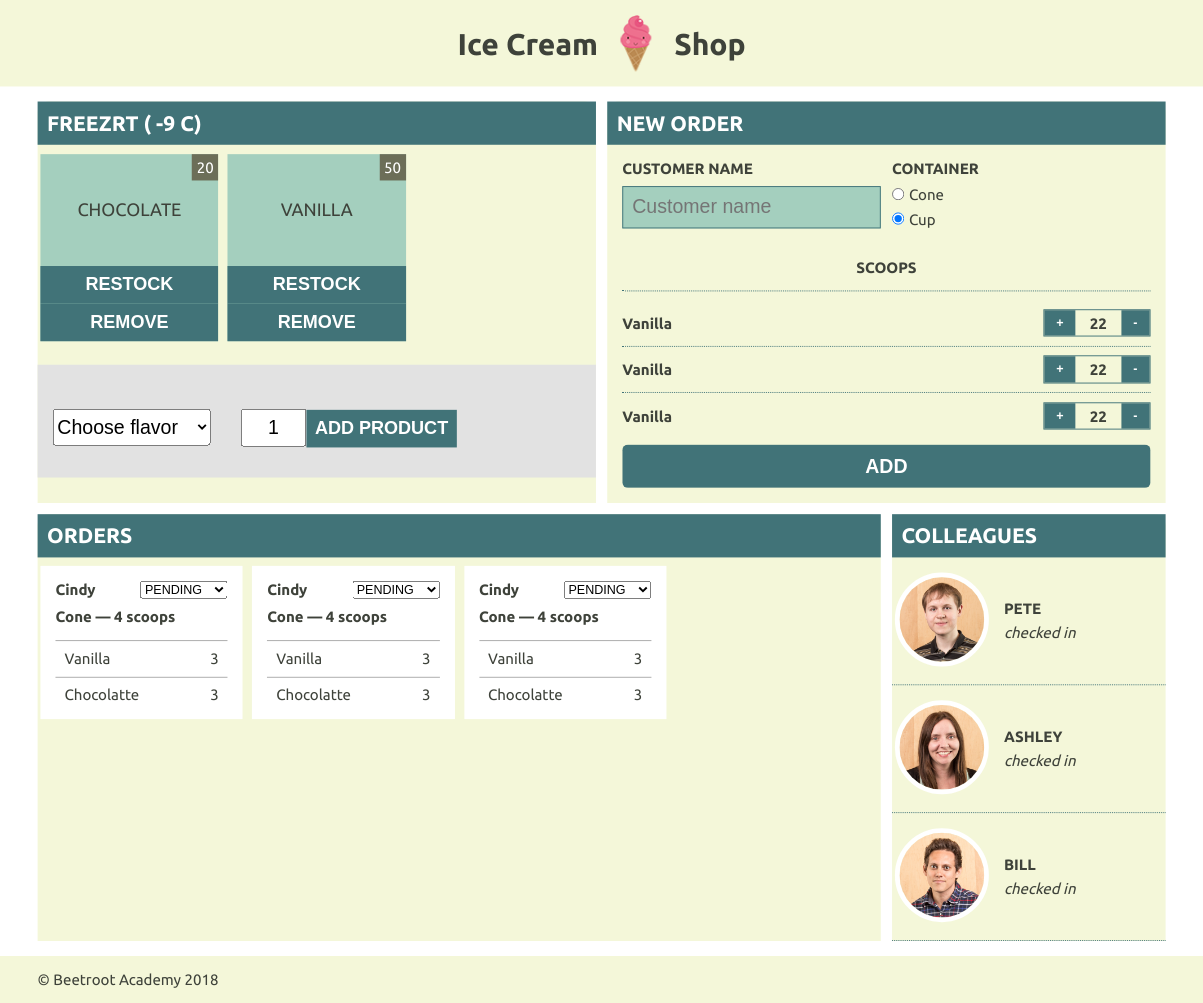
Repository: AlSemyon/Ice_Cream_Shop
Page: /
These files come from the project's save history. The page is drawn as it stood at one moment and after the next save; the edit follows.
The browser window is 1280 px wide. The pictures show the whole page, at 94% of full size.
The project was rebuilt for these pictures with package versions that can differ from the ones it lists, and the page was loaded fresh each time.

Above is the page before, as saved 2019-01-06 13:20:25.

After the next save:
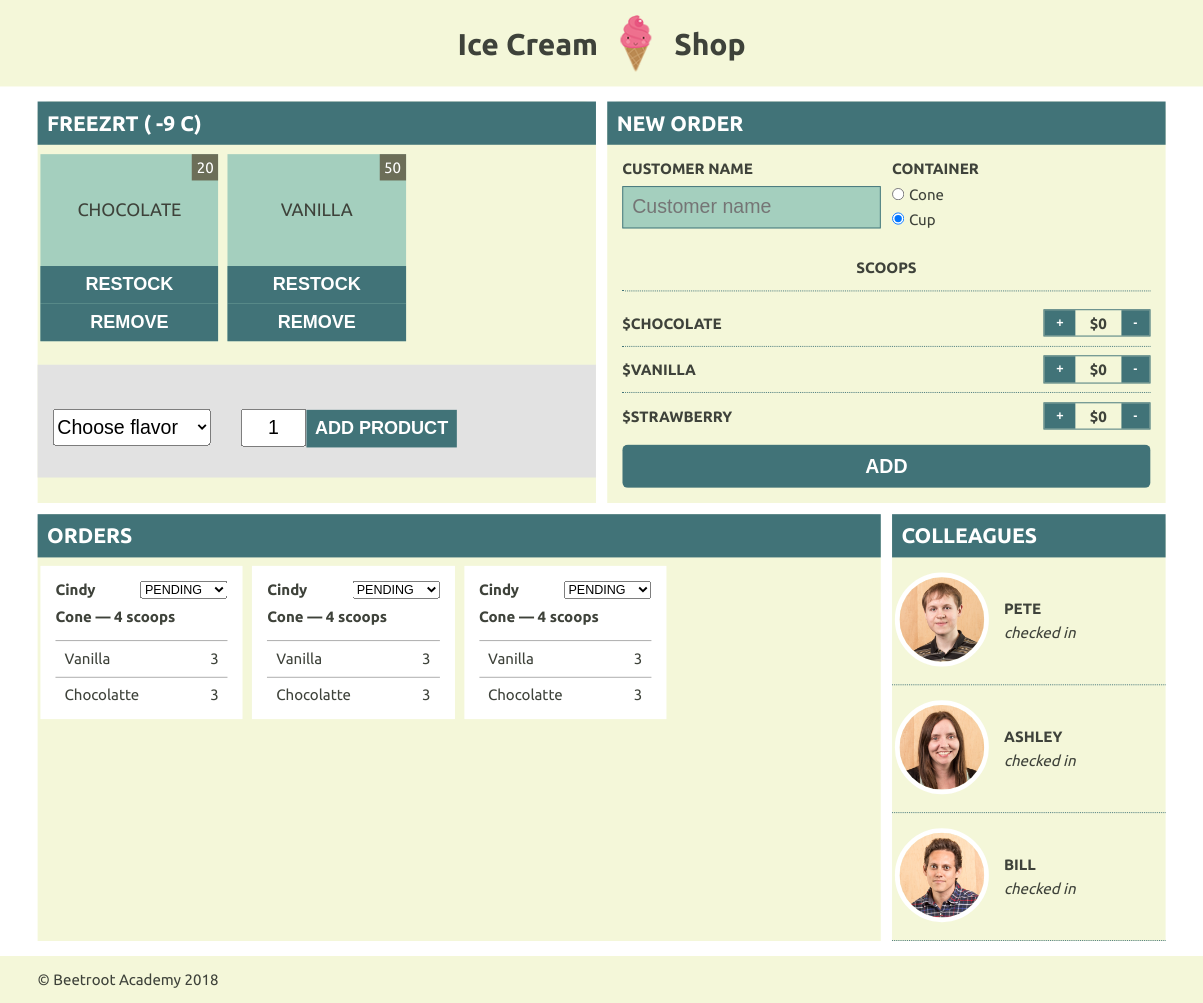
Saved 42 s later.
--- a/src/components/newOrder/OrderScoopes.js
+++ b/src/components/newOrder/OrderScoopes.js
@@ -1,12 +1,12 @@
 import React, {Component} from 'react';
 import PropTypes from 'prop-types'
 
-const OrderScoopes = ({}) => (
+const OrderScoopes = ({flavor, count}) => (
     <div className="scoop">
-    <div className="scoop__title">Vanilla</div>
+    <div className="scoop__title">${flavor}</div>
     <div className="scoop-buttons">
         <button className="scoop-buttons__item">+</button>
-        <span className="scoop-buttons__count">22</span>
+        <span className="scoop-buttons__count">${count}</span>
         <button className="scoop-buttons__item">-</button>
     </div>
 </div>
